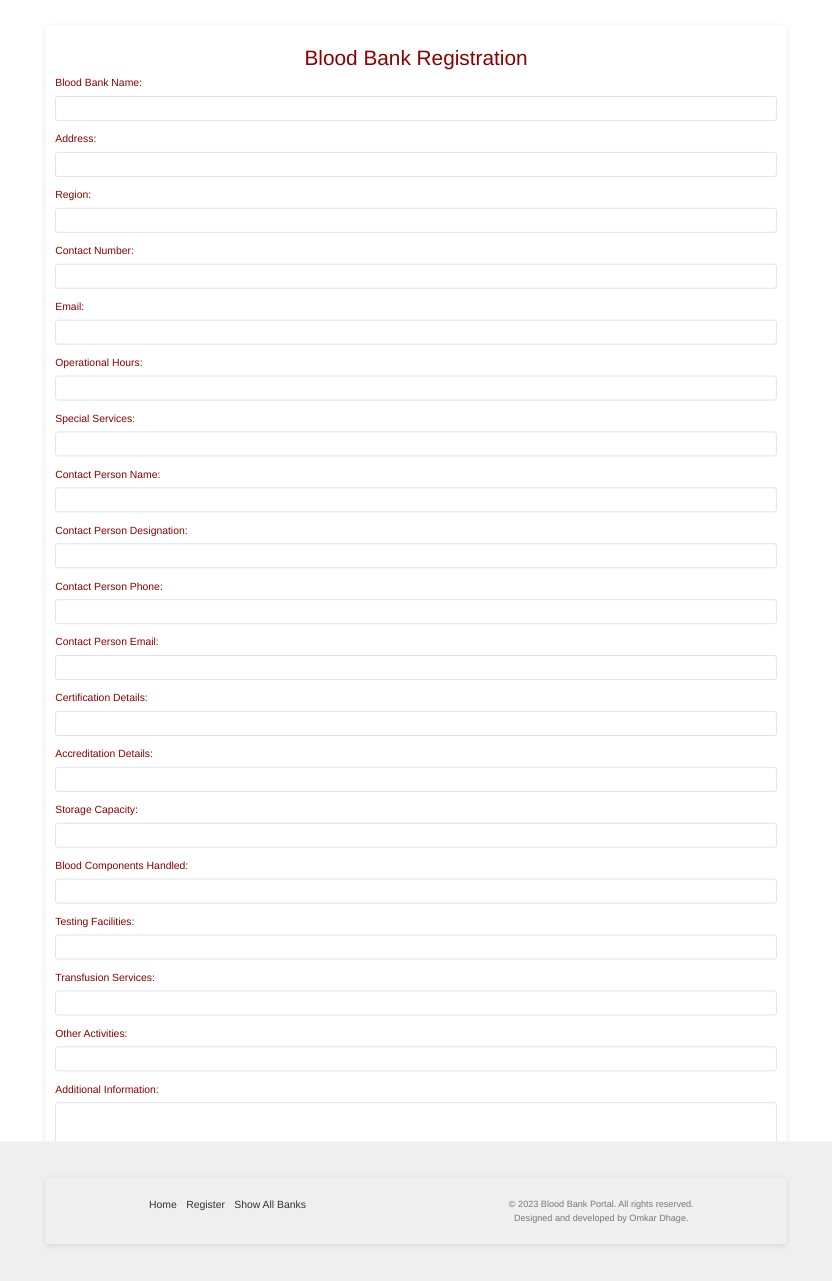
Repository: omi4535/Decentralized_Blood_Bank_System
Page: http://localhost/blood_bank_system/registration.jsp
These files come from the project's save history. The page is drawn as it stood at one moment and after the next save; the edit follows.
The browser window is 1280 px wide. The pictures show the whole page, at 65% of full size.
Some web libraries are served in a nearby version. The page is served by Tomcat 9.

Above is the page before, as saved 2023-07-03 10:03:33.

After the next save:
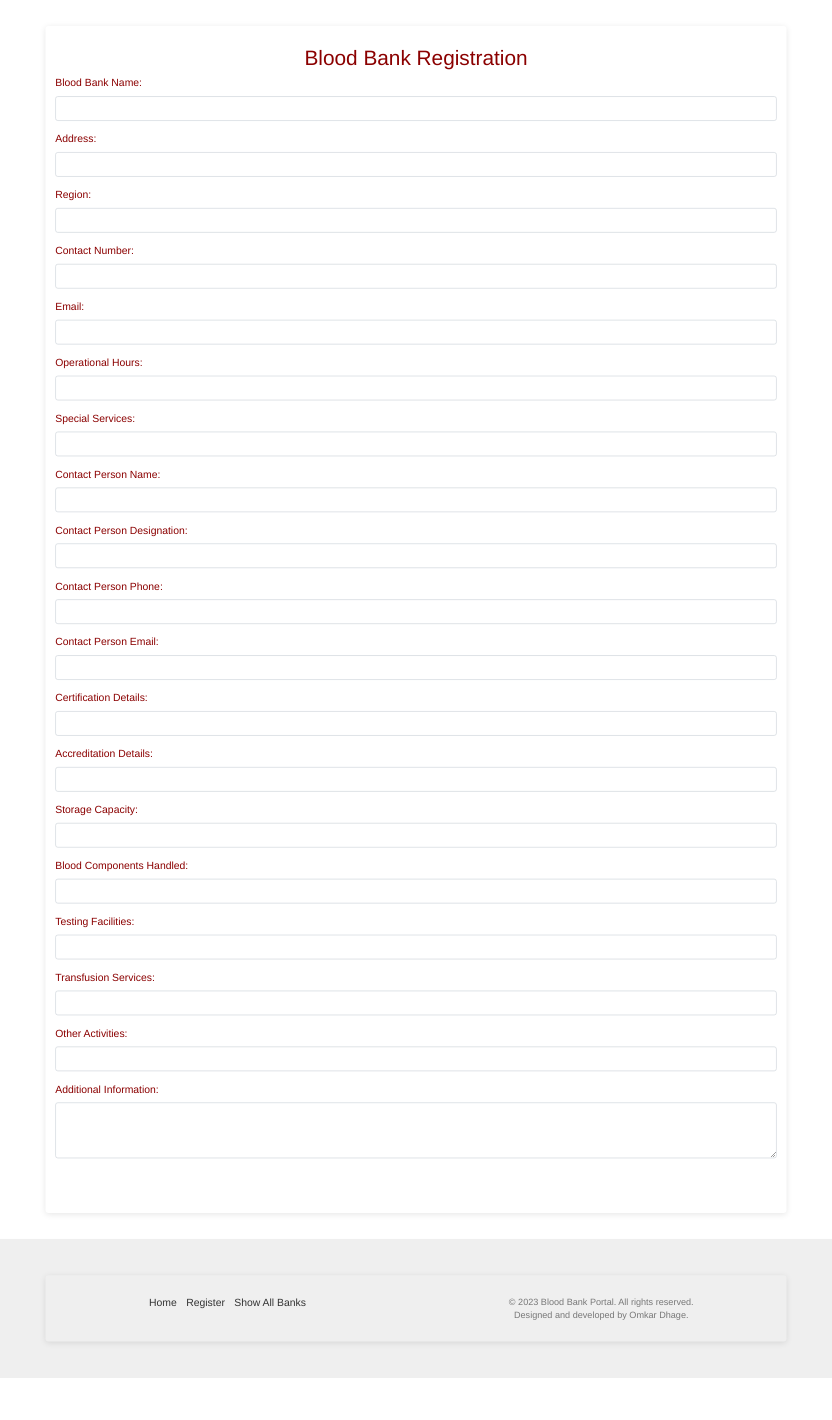
Saved 41 s later.
--- a/blood bank system/src/main/webapp/footer.jsp
+++ b/blood bank system/src/main/webapp/footer.jsp
@@ -33,7 +33,7 @@ body {
 .footer {
 	background-color: #f8f9fa;
 	padding: 20px;
-	position: absolute;
+	position: relative;
 	right: 0;
 	bottom: 0;
 	left: 0;
